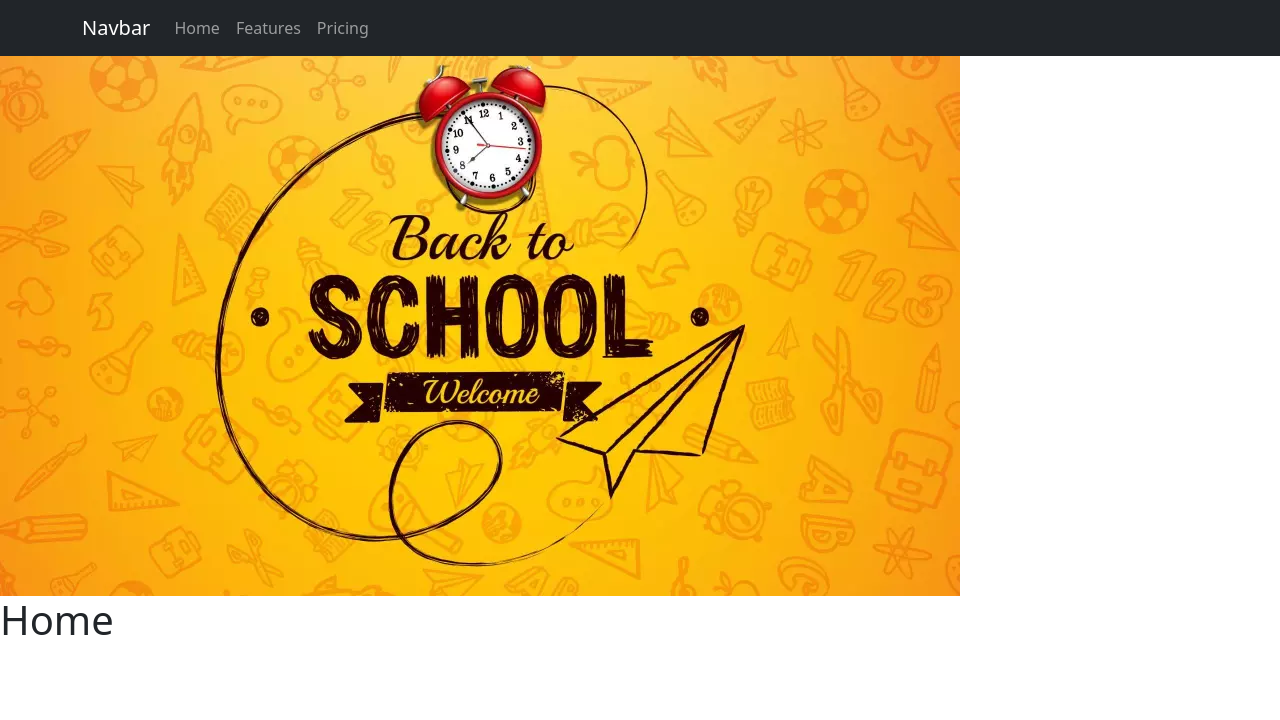
Repository: ankitgujre01/React-day-12
Page: / (app in crud/)
An editor plug-in stored every save of this project. The page is shown before and after a run of saves, followed by the edit.
The browser window is 1280 px wide. The pictures show the whole page.
The project was rebuilt for these pictures with package versions that can differ from the ones it lists, and the page was loaded fresh each time. Also part of the build but not shown: crud/vite.config.js, crud/src/css/style.css.

Above is the page before, as saved 2025-04-11 23:07:45.

After the next 5 saves:
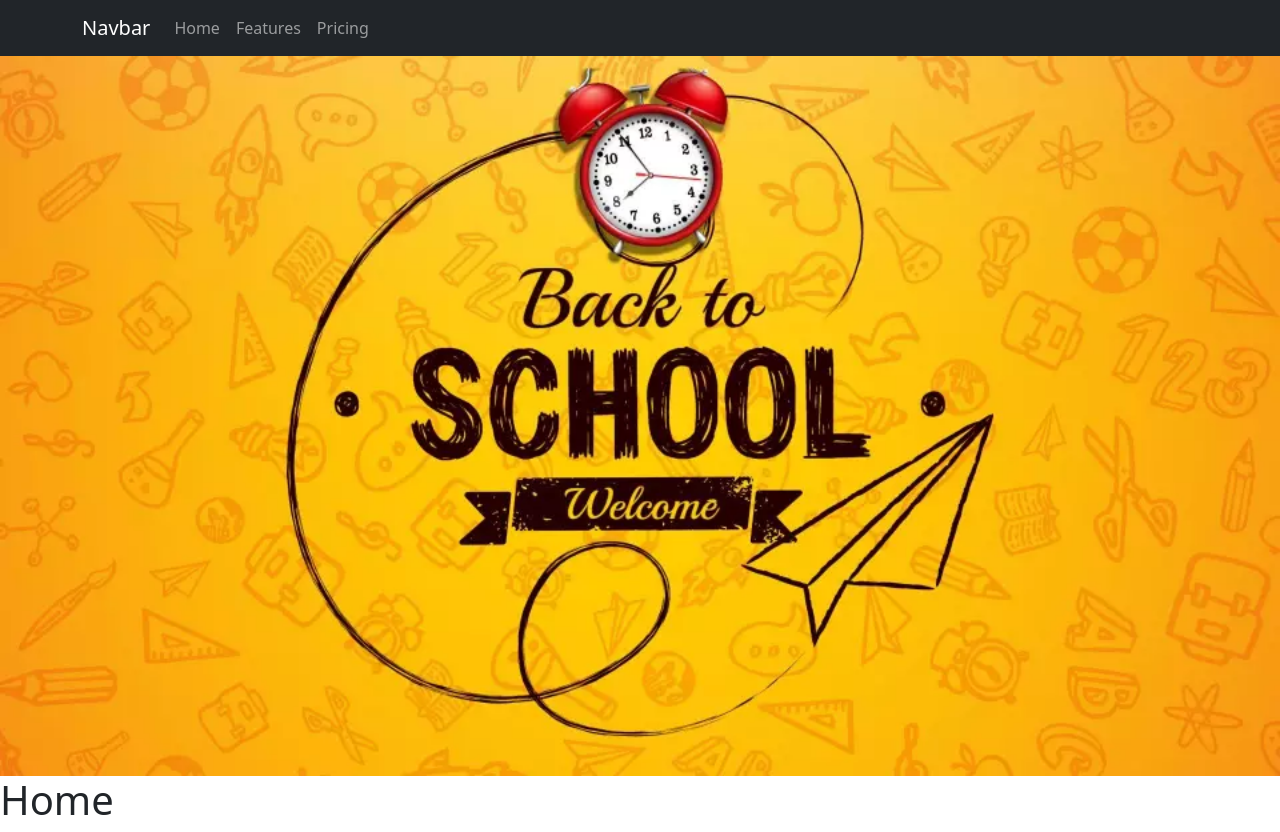
The 5 saves are shown as one change because they came seconds apart.
The last was saved 13 s later.
--- a/crud/src/components/TopBanner.jsx
+++ b/crud/src/components/TopBanner.jsx
@@ -4,7 +4,7 @@ const TopBanner = () => {
   return (
       <>
           <div>
-              <img src={myimg} alt="Banner" />
+              <img src={myimg} alt="Banner" width='100%'/>
               </div>
       </>
   )
